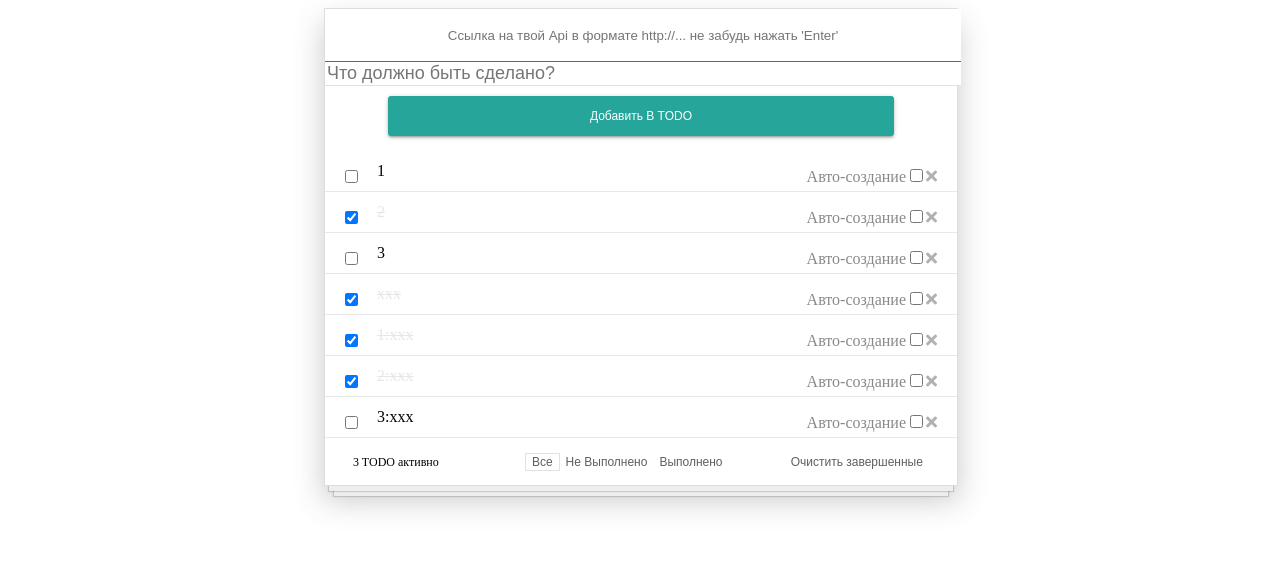
Repository: AntonBrock/taskTodo_for-backend
Page: /
An editor plug-in stored every save of this project. The page is shown before and after the next save, followed by the edit.
The browser window is 1280 px wide. The pictures show the whole page.
The page's requests for data from a server got no answer. Some web libraries are served in a nearby version. The project was rebuilt for these pictures with package versions that can differ from the ones it lists, and the page was loaded fresh each time. No one was signed in, and anything a server would have sent is missing.

Above is the page before, as saved 2019-04-23 15:58:07.

### public/index.html
<!DOCTYPE html>
<html lang="en">
  <head>
    <meta charset="utf-8">
    <meta http-equiv="X-UA-Compatible" content="IE=edge">
    <meta name="viewport" content="width=device-width,initial-scale=1.0">
    <link rel="stylesheet" href="https://use.fontawesome.com/releases/v5.8.1/css/all.css" integrity="sha384-50oBUHEmvpQ+1lW4y57PTFmhCaXp0ML5d60M1M7uH2+nqUivzIebhndOJK28anvf" crossorigin="anonymous">
    <link rel="icon" href="<%= BASE_URL %>favicon.ico">
    <title>todolist-vue</title>
  </head>
  <body>
    <noscript>
      <strong>We're sorry but todolist-vue doesn't work properly without JavaScript enabled. Please enable it to continue.</strong>
    </noscript>
    <div id="app"></div>
    <!-- built files will be auto injected -->
  </body>
</html>

### src/main.js
import Vue from 'vue'
import store from './store/index'
import Vuex from 'vuex'
import App from './App.vue'

Vue.config.productionTip = false

Vue.use(Vuex)

new Vue({
  store,
  render: h => h(App),
}).$mount('#app')

### src/store/index.js
import Vue from 'vue'
import Vuex from 'vuex'
import urlForm from '../views/todolist/_store'

Vue.use(Vuex)

export default new Vuex.Store({
    modules: {
        urlForm
    }
})

### src/App.vue
<template lang="pug">
  #app
    Todolist
</template>

<script>
import Todolist from './views/todolist/Index.vue'

export default {
  name: 'app',
  components: {
    Todolist
  }
}
</script>

<style lang="stylus">
</style>

### src/views/todolist/_store/index.js
import state from "./state";
import * as getters from "./getters";
import * as mutations from "./mutations";
import * as actions from "./actions";

export default {
  namespaced: true,
  state,
  getters,
  mutations,
  actions
};

### src/views/todolist/Index.vue
<template lang="pug">
  .main-container(v-cloak)
    ApiForm
    div
      input.todo-input(type='text', placeholder='Что должно быть сделано?', v-model='firstTodo',  @keyup.enter='newTodo')
      button.btn(v-on:click='addNewTodo') Добавить В TODO

      Todo(v-for='(todo, index) in todosFiltered', :key='todo.id', :todo="todo" :index='index')

      .extra-container
        .extra-container_numInList {{ remaining }} TODO активно
        div
          button(v-bind:class="{ active: filter == 'all' }", v-on:click=" filter = 'all'") Все
          button(v-bind:class="{ active: filter == 'active' }", v-on:click=" filter = 'active'") Не Выполнено
          button(v-bind:class="{ active: filter == 'completed' }", v-on:click=" filter = 'completed'") Выполнено
        button(@click='filterTodoList') Очистить завершенные
</template>

<script>
import ApiForm from "./_components/ApiForm.vue"
import Todo from "./_components/Todo.vue"
import { mapActions, mapGetters } from "vuex"
import todoApi from "./_api/todoApi.js"

export default {
  data () {
    return {
      firstTodo: '',
      beforeEditCache: '',
      filter: 'all',
      error: false
    }
  },
  mounted(){
    // Отправка при включении TODO + сразу отправка всех активных TODO
    todoApi.getTodos('all')
    .then(response => {
      this.todos = response.data
      console.log(response);
    })
    .catch(error => {
      console.log(error);
    })
  },
  computed: {
    ...mapGetters({
      getTodos: 'urlForm/getTodos'
    }),
    remaining() {
      return this.getTodos.filter(todo => !todo.completed).length
    },
    todosFiltered() {
      if (this.filter == 'all') {
        // Отправка при выборе фильтра "Все" (Активные)
        todoApi.getTodos('all')
        .then(done => {
          console.log(done)
        })
        .catch( error => {
          console.log(error)
        })
        console.log(this.getTodos);
          return this.getTodos
      } else if (this.filter == 'active') {
        console.log(this.getTodos);
          return this.getTodos.filter(todo => !todo.completed)
      } else if (this.filter == 'completed') {
        todoApi.getTodos('completed')
        .then(done => {
          console.log(done)
        })
        .catch( error => {
          console.log(error)
        })
        console.log(this.getTodos);
          return this.getTodos.filter(todo => todo.completed)
      }
    }
  },
  methods: {
    ...mapActions({
      filterTodoList: 'urlForm/filterTodoList'
    }),
    addNewTodo() {
      let data = {
        id: this.idForTodo,
        title: this.firstTodo,
        completed: false,
      }
      if(this.firstTodo.trim().length == 0) {
        return
      }
      // отправка при добавлении нового TODO
      todoApi.postTodo(data)
      .then(() => {
        console.log('ok');
        this.getTodos.push(data)
      })
      .catch(error => {
        alert('нет сервера');
         this.getTodos.push(data)
      })

      this.firstTodo = ''
      this.idForTodo++
    },
    newTodo() {
        let data = {
        id: this.idForTodo,
        title: this.firstTodo,
        completed: false,
      }
      if(this.firstTodo.trim().length == 0) {
        return
      }
      // отправка при добавлении нового TODO
      todoApi.postTodo(data)
      .then(() => {
        console.log('ok');
        this.getTodos.push(data)
      })
      .catch(error => {
        alert('нет сервера');
         this.getTodos.push(data)
      })

      this.firstTodo = ''
      this.idForTodo++
    }
  },
  components: {
    ApiForm,
    Todo
  }
}
</script>

<style lang="stylus">
  [v-cloak]
    display none

  .main-container
    border 1px solid #DDDDDD
    width 50%
    margin-left 25%
    box-shadow 0 10px 0 -5px #eee,
               0 10px 1px -4px rgba(0,0,0,0.15),
               0 20px 0 -10px rgb(238, 238, 238),
               0 20px 1px -9px rgba(0,0,0,0.15),
               0 14px 28px rgba(75, 75, 75, 0.30)

  .extra-container
    display flex
    align-items center
    justify-content space-around
    font-size 12px
    padding-top 5px
    margin-bottom 14px

  .extra-container_numInList
    margin-right 30px
    font-size 12px

  button
    font-size 12px
    background-color white
    appearance none
    border none
    outline none
    color rgb(95, 95, 95)
    &:hover
      background rgba(211, 211, 211, 0.363)
    &:focus
      outline none

  .active
    background #fff
    border 1px solid #E1E1E1

  .remove-item
    margin-right 20px

  .remove
    opacity .3
    transition all 0.2s ease-in-out !important
    &:hover
      opacity .9
      color#E11010
      transition all 0.2s ease-in-out !important

  .auto_created
    font-size 1rem
    color rgba(102, 102, 102, 0.767)

  .btn
    border-radius 3px
    margin-bottom 25px
    width 80%
    margin-left 10%
    height 40px
    color #fff
    background-color #26a69a
    text-align center
    letter-spacing .5px
      -webkit-transition background-color .2s ease-out
    transition background-color .2s ease-out
    cursor pointer
    box-shadow 0 2px 2px 0 rgba(0,0,0,.14),
               0 3px 1px -2px rgba(0,0,0,.12),
               0 1px 5px 0 rgba(0,0,0,.2)
    &:hover
      background-color #46b6abe3!important
</style>

### src/views/todolist/_store/state.js
export default {
    url: '',
    todos: [
    {
      'id': 1,
      'title': 1,
      'completed': false,
      'editing': false,
      'check': false,
    },
    {
      'id': 2,
      'title': 2,
      'completed': true,
      'editing': false,
      'check': false,
    },
    {
      'id': 3,
      'title': 3,
      'completed': false,
      'editing': false,
      'check': false,
    },
    {
      'id': 4,
      'title': 'xxx',
      'completed': true,
      'editing': false,
      'check': false,
    },
    {
      'id': 5,
      'title': '1:xxx',
      'completed': true,
      'editing': false,
      'check': false,
    },
    {
      'id': 6,
      'title': '2:xxx',
      'completed': true,
      'editing': false,
      'check': false,
    },
    {
      'id': 7,
      'title': '3:xxx',
      'completed': false,
      'editing': false,
      'check': false,
    },
  ]
}

### src/views/todolist/_store/getters.js
export const getUrl= state => state.url;
export const getTodos = state => state.todos;

### src/views/todolist/_store/mutations.js
export const UPDATE_URL = state => state.url;
export const UPDATE_TODOS = state => state.todos;
export const CHANGE_TODOS = state => state.todos;

### src/views/todolist/_store/actions.js
export function updateUrl ({ commit, state }, payload) {
    state.url = payload
    commit("UPDATE_URL");
}

export function updateTodo ({ commit }, payload) {
    payload.completed = !payload.completed
    commit("UPDATE_TODOS");
}

export function updateTodoList ({ commit, state }, payload) {
    state.todos = payload
    commit("UPDATE_TODOS");
}

export function filterTodoList ({ commit, state }) {
    state.todos = state.todos.filter(todo => !todo.completed)
    commit("UPDATE_TODOS");
}

### src/views/todolist/_components/ApiForm.vue
<template lang="pug">
  .form(v-cloak='')
    input.inputForUrl(v-model='url',
                      type='text',
                      @keyup.enter='updateTodos(url)',
                      placeholder="Ссылка на твой Api в формате http://... не забудь нажать 'Enter'")
</template>

<script>
import { mapActions, mapGetters } from "vuex";
import todoApi from "../_api/todoApi.js";

export default {
  data() {
    return {
      url: "",
      filter: 'all'
    }
  },
  computed: {
    ...mapGetters({
      getUrl: "urlForm/getUrl"
    })
  },
  methods: {
    ...mapActions({
      updateUrl: "urlForm/updateUrl",
      updateTodoList: "urlForm/updateTodoList"
    }),
    updateTodos(url) {
       //получение всех todo при обновлении url ссылки
      this.updateUrl(url);
      todoApi.getTodos(this.filter)
      .then(response => {
        this.updateTodoList(response.data)
          console.log(response);
      })
      .catch(error => {
          console.log(error)
      });
    }
  }
};
</script>

<style lang="stylus">
.inputForUrl
  border-bottom 1px solid #666!important
  text-align center
  border none
  width 100%
  height 50px
</style>

### src/views/todolist/_components/Todo.vue
<template lang="pug">
  .todo-item
    .todo-item-left
      input.todoInput(type='checkbox', @click='completeTodo(todo)', :checked='todo.completed')
      .todo-item-label(v-if='!todo.editing', v-bind:class='{ completed : todo.completed }') {{ todo.title }}
    .remove-item
      label.auto_created Авто-создание
      input(type='checkbox', @click='checkIt(todo)')
      i.fas.fa-times.remove(@click='removeItem(index)')
</template>

<script>
import todoApi from "../_api/todoApi.js"
import { mapActions, mapGetters } from "vuex"

export default {
  props: [
    'todo',
    'index'
  ],
   computed: {
    ...mapGetters({
      getTodos: 'urlForm/getTodos'
    }),
  },
  methods: {
    ...mapActions({
      updateTodo: 'urlForm/updateTodo',

    }),
    completeTodo(todo) {
      // Отправка при выборе фильтра "Выполнено"
      todoApi.editTodo(todo.id)
      .then(() => {
        console.log('Удачно')
      })
      .catch(() => {
        console.log('Ошибка при завершении записи')
      })
      this.updateTodo(todo)
    },
    checkIt(todo) {
      todo.check = !todo.check
      todoApi.editTodo(todo.id)
      .then(() => {
        console.log('Удачно')
      })
      .catch(() => {
        console.log('Ошибка обновления записи');
      })
    },
    removeItem(index) {
      // отправка удаленного id - todo
      todoApi.deleteTodo(index)
      .then(() => {
        console.log('Удачно');
      })
      .catch( error => {
        console.log(error)
      })
      this.getTodos.splice(index, 1)
    }
  }
}
</script>

<style lang="stylus">
  .todo-input
    width 100%
    border none
    margin-bottom 10px
    border-bottom 1px solid rgba(102, 102, 102, 0.192)
    font-size 18px
    transition 0.2s ease-in-out !important
    &:placeholder
      color rgba(145, 145, 145, 0.795)
      opacity 1
    &:focus
      outline none
    &:focus-webkit-input-placeholder
      opacity 0
      transition 0.2s ease-in-out !important
      will-change transform, opacity
    &:-webkit-input-placeholder
      transition 0.2s ease-in-out !important
      will-change transform, opacity
    &:-moz-placeholder
      transition all 0.2s ease-in-out !important
      will-change opacity
      /* Firefox 19+ */
    &:-moz-placeholder
      transition all 0.2s ease-in-out !important
      will-change transform, opacity
      /* Firefox 18- */
    &:-ms-input-placeholder
      transition all 0.2s ease-in-out !important
      will-change transform, opacity

  .todo-item
    width 100%
    margin-bottom 10px
    display flex
    justify-content space-between
    align-items center
    border-bottom 1px solid rgba(226, 226, 226, 0.767)

  .todoInput
    margin-left 20px

  .todo-item-label
    margin-bottom 10px

  .todo-item-left
    display flex
    align-items center

  .todo-item-label
    padding 0px
    border 1px solid white
    margin-left 15px

  .todo-item-edit
    width 50%
    border 1px solid rgba(102, 102, 102, 0.192)
    font-size 18px
    padding 10px 18px
    margin-bottom 20px
    transition 0.2s ease-in-out !important
    &:focus
      outline none
    &:focus-webkit-input-placeholder
      opacity 0
      transition 0.2s ease-in-out !important
      will-change transform, opacity
    &:-webkit-input-placeholder
      transition 0.2s ease-in-out !important
      will-change transform, opacity
    &:-moz-placeholder
      transition all 0.2s ease-in-out !important
      will-change transform, opacity
      /* Firefox 19+ */
    &:-moz-placeholder
      transition all 0.2s ease-in-out !important
      will-change transform, opacity
      /* Firefox 18- */
    &:-ms-input-placeholder
      transition all 0.2s ease-in-out !important
      will-change transform, opacity

  .completed
    text-decoration line-through
    color #E1E1E1
    opacity .8
</style>

### src/views/todolist/_api/todoApi.js
// import Api from '@/api/Api'
import axios from 'axios'
import state from '../_store/state'

const todoApi = {
  getTodos (filter) {
    return axios.get(`${state.url}/todos`, {
      // возвращает отфильтрованный или неотфильтрованный список
      type: filter
    })
  },
  postTodo (data) {
    return axios.post(`${state.url}/todos`, {
      data
    })
  },
  editTodo (id) {
    return axios.patch(`${state.url}/todos/${id}`)
  },
  deleteTodo (id) {
    return axios.delete(`${state.url}/todos/${id}`)
  }
}
export default todoApi

After the next save:
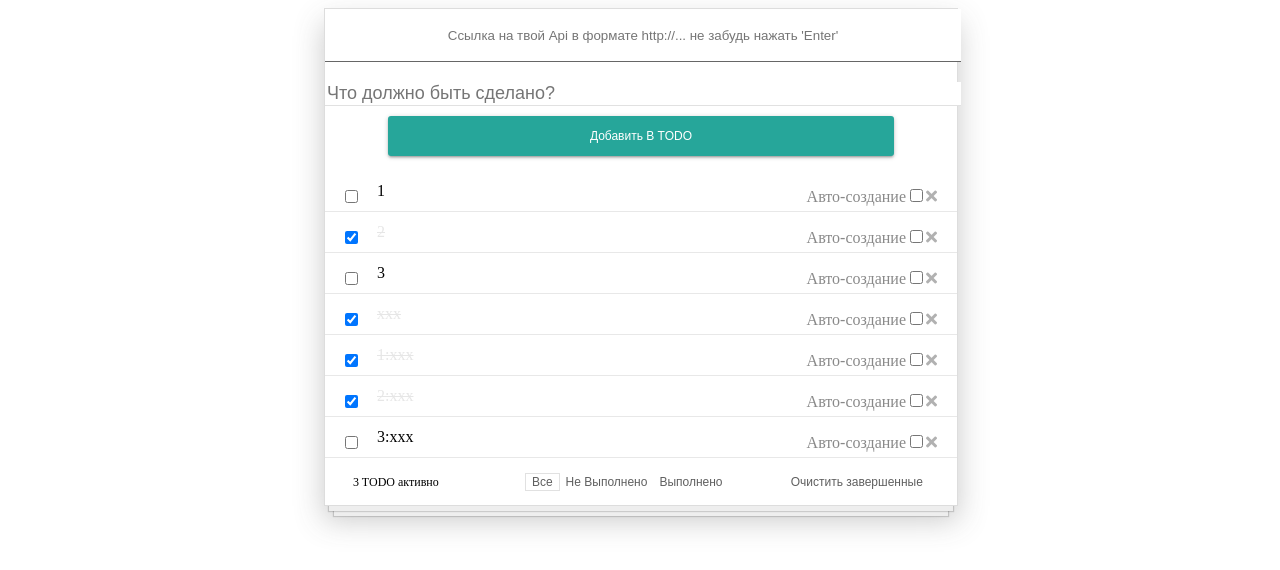
Saved 14 s later.
--- a/src/views/todolist/_components/ApiForm.vue
+++ b/src/views/todolist/_components/ApiForm.vue
@@ -46,6 +46,7 @@ export default {
 <style lang="stylus">
 .inputForUrl
   border-bottom 1px solid #666!important
+  margin-bottom 20px
   text-align center
   border none
   width 100%
